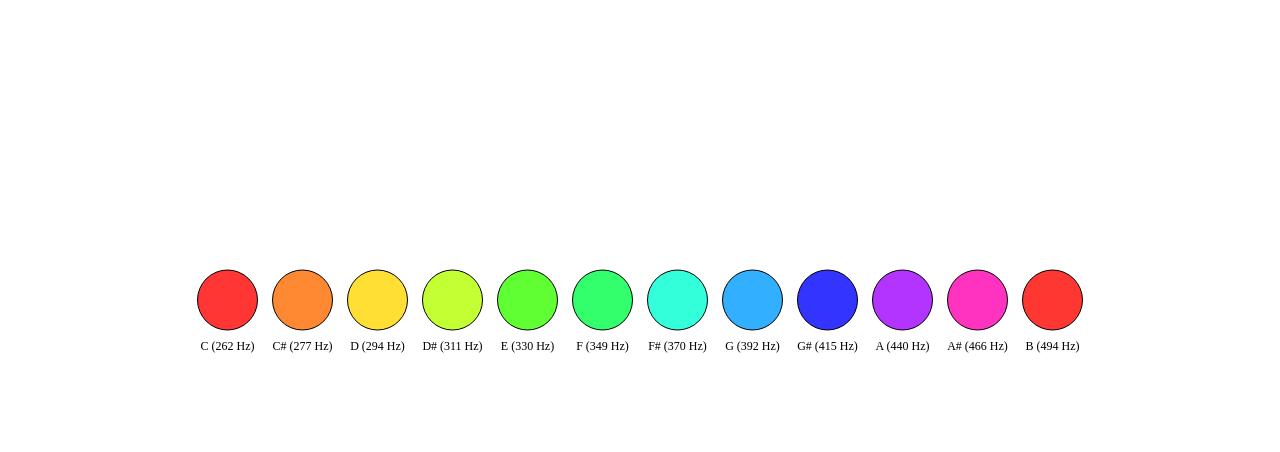
Repository: studiorichie/richielau.com
Page: assets/sound-to-color.html
The author's editor kept a copy of each file at every save. The page is drawn from the files as they stood at one save, then again after the next save.
The browser window is 1280 px wide. The pictures show the whole page.

Above is the page before, as saved 2024-11-06 18:44:26.

### assets/sound-to-color.html
<!DOCTYPE html>
<html lang="en">

<head>
    <meta charset="UTF-8">
    <title>Sound-to-Color Mapping with MIDI</title>
    <script src="https://d3js.org/d3.v6.min.js"></script>
    <style>
        body,
        html {
            margin: 0;
            padding: 0;
            overflow: hidden;
        }


        .svg-container {
            display: flex;
            justify-content: center;
            align-items: center;
            /* For vertical centering, remove this line if you only want horizontal centering */
            width: 100%;
            /* Ensures container takes up the full width */
            overflow: hidden;
        }

        svg {
            display: block;
            margin: 0 auto;
            overflow: hidden;
        }

        .key-circle {
            fill-opacity: 0.8;
            stroke: black;
            stroke-width: 1px;
            cursor: pointer;
        }

        .label {
            font-size: 12px;
            text-anchor: middle;
        }

        .midi-label {
            font-size: 14px;
            font-weight: bold;
            text-anchor: middle;
            fill: black;
            visibility: hidden;
        }
    </style>
</head>

<body>
    <div class="svg-container">
        <svg width="950" height="600" id="chart"></svg>
    </div>

    <script>
        const keys = [
            { note: "C", freq: 261.63, midi: 60 },
            { note: "C#", freq: 277.18, midi: 61 },
            { note: "D", freq: 293.66, midi: 62 },
            { note: "D#", freq: 311.13, midi: 63 },
            { note: "E", freq: 329.63, midi: 64 },
            { note: "F", freq: 349.23, midi: 65 },
            { note: "F#", freq: 369.99, midi: 66 },
            { note: "G", freq: 392.00, midi: 67 },
            { note: "G#", freq: 415.30, midi: 68 },
            { note: "A", freq: 440.00, midi: 69 },
            { note: "A#", freq: 466.16, midi: 70 },
            { note: "B", freq: 493.88, midi: 71 }
        ];


        function getColor(freq) {
            let hue = ((freq - 261) / (493 - 261)) * 360;
            return `hsl(${hue}, 100%, 50%)`;
        }
        const svg = d3.select("#chart");
        const width = svg.attr("width");
        const height = svg.attr("height");

        const circleRadius = 30; // Radius of each circle
        const padding = 15; // Space between circles

        // Calculate the total width for the row of circles (number of circles * diameter + spaces between)
        const totalRowWidth = (keys.length * (circleRadius * 2)) + ((keys.length - 1) * padding);


        const group = svg.append("g")
            .attr("transform", `translate(${(width - totalRowWidth) / 2 + circleRadius}, ${height / 2})`);


        group.selectAll("circle")
            .data(keys)
            .enter()
            .append("circle")
            .attr("class", "key-circle")
            .attr("cx", (d, i) => i * (circleRadius * 2 + padding))
            .attr("cy", 0) // Center vertically within the group
            .attr("r", circleRadius)
            .attr("fill", d => getColor(d.freq))
            .on("click", function (event, d) {
                showMidiLabel(d);
                playMidiTone(d.midi);
            });


        group.selectAll(".label")
            .data(keys)
            .enter()
            .append("text")
            .attr("class", "label")
            .attr("x", (d, i) => i * (circleRadius * 2 + padding))
            .attr("y", circleRadius + 20) // Position labels below each circle
            .text(d => `${d.note} (${Math.round(d.freq)} Hz)`)
            .attr("fill", "black");


        const midiLabel = svg.append("text")
            .attr("class", "midi-label")
            .attr("x", width / 2)
            .attr("y", height - 50);

        function showMidiLabel(data) {
            midiLabel.text(`MIDI: ${data.midi} - ${data.note}`)
                .attr("x", (keys.indexOf(data) + 1) * (width / (keys.length + 1)))
                .attr("y", height / 2 - 50)
                .attr("visibility", "visible");


            setTimeout(() => {
                midiLabel.attr("visibility", "hidden");
            }, 2000);
        }


        function playMidiTone(midi) {
            const context = new (window.AudioContext || window.webkitAudioContext)();
            const oscillator = context.createOscillator();
            const gainNode = context.createGain();
            oscillator.type = 'sine';
            oscillator.frequency.setValueAtTime(440 * Math.pow(2, (midi - 69) / 12), context.currentTime); // MIDI to Hz
            gainNode.gain.setValueAtTime(0.1, context.currentTime);
            oscillator.connect(gainNode).connect(context.destination);
            oscillator.start();
            oscillator.stop(context.currentTime + 0.5);
        }
    </script>
</body>

</html>

After the next save:
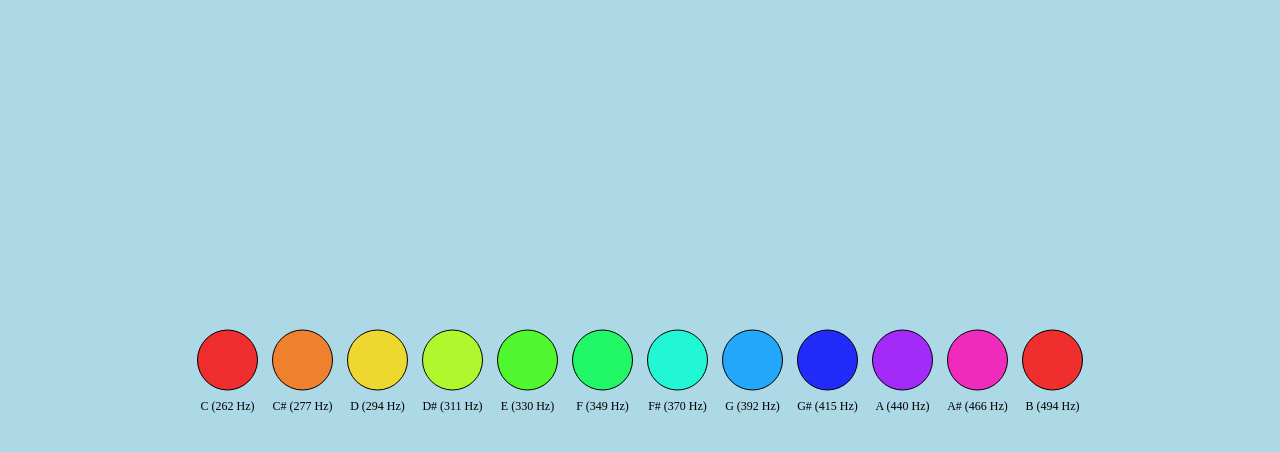
Saved 5 min 55 s later.
--- a/assets/sound-to-color.html
+++ b/assets/sound-to-color.html
@@ -1,57 +1,39 @@
 <!DOCTYPE html>
 <html lang="en">
-
 <head>
     <meta charset="UTF-8">
     <title>Sound-to-Color Mapping with MIDI</title>
     <script src="https://d3js.org/d3.v6.min.js"></script>
     <style>
-        body,
-        html {
+        body, html {
             margin: 0;
             padding: 0;
             overflow: hidden;
         }
-
-
         .svg-container {
             display: flex;
             justify-content: center;
             align-items: center;
-            /* For vertical centering, remove this line if you only want horizontal centering */
             width: 100%;
-            /* Ensures container takes up the full width */
-            overflow: hidden;
+            height: 100vh; /* Full viewport height for vertical centering */
+            background-color: lightblue; /* Optional background for visibility */
         }
-
         svg {
             display: block;
-            margin: 0 auto;
-            overflow: hidden;
+            overflow: visible;
         }
-
         .key-circle {
             fill-opacity: 0.8;
             stroke: black;
             stroke-width: 1px;
             cursor: pointer;
         }
-
         .label {
             font-size: 12px;
             text-anchor: middle;
         }
-
-        .midi-label {
-            font-size: 14px;
-            font-weight: bold;
-            text-anchor: middle;
-            fill: black;
-            visibility: hidden;
-        }
     </style>
 </head>
-
 <body>
     <div class="svg-container">
         <svg width="950" height="600" id="chart"></svg>
@@ -73,11 +55,11 @@
             { note: "B", freq: 493.88, midi: 71 }
         ];
 
-
         function getColor(freq) {
             let hue = ((freq - 261) / (493 - 261)) * 360;
             return `hsl(${hue}, 100%, 50%)`;
         }
+
         const svg = d3.select("#chart");
         const width = svg.attr("width");
         const height = svg.attr("height");
@@ -85,13 +67,11 @@
         const circleRadius = 30; // Radius of each circle
         const padding = 15; // Space between circles
 
-        // Calculate the total width for the row of circles (number of circles * diameter + spaces between)
+        // Calculate the total width for the row of circles
         const totalRowWidth = (keys.length * (circleRadius * 2)) + ((keys.length - 1) * padding);
-
 
         const group = svg.append("g")
             .attr("transform", `translate(${(width - totalRowWidth) / 2 + circleRadius}, ${height / 2})`);
-
 
         group.selectAll("circle")
             .data(keys)
@@ -99,14 +79,9 @@
             .append("circle")
             .attr("class", "key-circle")
             .attr("cx", (d, i) => i * (circleRadius * 2 + padding))
-            .attr("cy", 0) // Center vertically within the group
+            .attr("cy", 0)
             .attr("r", circleRadius)
-            .attr("fill", d => getColor(d.freq))
-            .on("click", function (event, d) {
-                showMidiLabel(d);
-                playMidiTone(d.midi);
-            });
-
+            .attr("fill", d => getColor(d.freq));
 
         group.selectAll(".label")
             .data(keys)
@@ -114,41 +89,9 @@
             .append("text")
             .attr("class", "label")
             .attr("x", (d, i) => i * (circleRadius * 2 + padding))
-            .attr("y", circleRadius + 20) // Position labels below each circle
+            .attr("y", circleRadius + 20)
             .text(d => `${d.note} (${Math.round(d.freq)} Hz)`)
             .attr("fill", "black");
-
-
-        const midiLabel = svg.append("text")
-            .attr("class", "midi-label")
-            .attr("x", width / 2)
-            .attr("y", height - 50);
-
-        function showMidiLabel(data) {
-            midiLabel.text(`MIDI: ${data.midi} - ${data.note}`)
-                .attr("x", (keys.indexOf(data) + 1) * (width / (keys.length + 1)))
-                .attr("y", height / 2 - 50)
-                .attr("visibility", "visible");
-
-
-            setTimeout(() => {
-                midiLabel.attr("visibility", "hidden");
-            }, 2000);
-        }
-
-
-        function playMidiTone(midi) {
-            const context = new (window.AudioContext || window.webkitAudioContext)();
-            const oscillator = context.createOscillator();
-            const gainNode = context.createGain();
-            oscillator.type = 'sine';
-            oscillator.frequency.setValueAtTime(440 * Math.pow(2, (midi - 69) / 12), context.currentTime); // MIDI to Hz
-            gainNode.gain.setValueAtTime(0.1, context.currentTime);
-            oscillator.connect(gainNode).connect(context.destination);
-            oscillator.start();
-            oscillator.stop(context.currentTime + 0.5);
-        }
     </script>
 </body>
-
 </html>

After the save that followed:
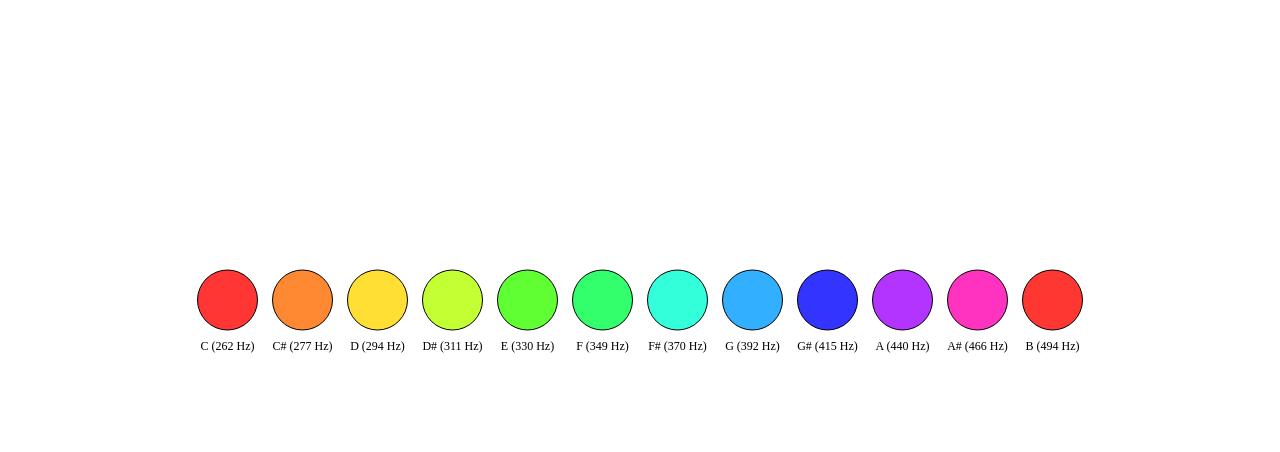
Saved 70 s later.
--- a/assets/sound-to-color.html
+++ b/assets/sound-to-color.html
@@ -1,39 +1,57 @@
 <!DOCTYPE html>
 <html lang="en">
+
 <head>
     <meta charset="UTF-8">
     <title>Sound-to-Color Mapping with MIDI</title>
     <script src="https://d3js.org/d3.v6.min.js"></script>
     <style>
-        body, html {
+        body,
+        html {
             margin: 0;
             padding: 0;
             overflow: hidden;
         }
+
+
         .svg-container {
             display: flex;
             justify-content: center;
             align-items: center;
+            /* For vertical centering, remove this line if you only want horizontal centering */
             width: 100%;
-            height: 100vh; /* Full viewport height for vertical centering */
-            background-color: lightblue; /* Optional background for visibility */
+            /* Ensures container takes up the full width */
+            overflow: hidden;
         }
+
         svg {
             display: block;
-            overflow: visible;
+            margin: 0 auto;
+            overflow: hidden;
         }
+
         .key-circle {
             fill-opacity: 0.8;
             stroke: black;
             stroke-width: 1px;
             cursor: pointer;
         }
+
         .label {
             font-size: 12px;
             text-anchor: middle;
         }
+
+        .midi-label {
+            font-size: 14px;
+            font-weight: bold;
+            text-anchor: middle;
+            fill: black;
+            visibility: hidden;
+        }
     </style>
 </head>
+
 <body>
     <div class="svg-container">
         <svg width="950" height="600" id="chart"></svg>
@@ -55,11 +73,11 @@
             { note: "B", freq: 493.88, midi: 71 }
         ];
 
+
         function getColor(freq) {
             let hue = ((freq - 261) / (493 - 261)) * 360;
             return `hsl(${hue}, 100%, 50%)`;
         }
-
         const svg = d3.select("#chart");
         const width = svg.attr("width");
         const height = svg.attr("height");
@@ -67,11 +85,13 @@
         const circleRadius = 30; // Radius of each circle
         const padding = 15; // Space between circles
 
-        // Calculate the total width for the row of circles
+        // Calculate the total width for the row of circles (number of circles * diameter + spaces between)
         const totalRowWidth = (keys.length * (circleRadius * 2)) + ((keys.length - 1) * padding);
+
 
         const group = svg.append("g")
             .attr("transform", `translate(${(width - totalRowWidth) / 2 + circleRadius}, ${height / 2})`);
+
 
         group.selectAll("circle")
             .data(keys)
@@ -79,9 +99,14 @@
             .append("circle")
             .attr("class", "key-circle")
             .attr("cx", (d, i) => i * (circleRadius * 2 + padding))
-            .attr("cy", 0)
+            .attr("cy", 0) // Center vertically within the group
             .attr("r", circleRadius)
-            .attr("fill", d => getColor(d.freq));
+            .attr("fill", d => getColor(d.freq))
+            .on("click", function (event, d) {
+                showMidiLabel(d);
+                playMidiTone(d.midi);
+            });
+
 
         group.selectAll(".label")
             .data(keys)
@@ -89,9 +114,41 @@
             .append("text")
             .attr("class", "label")
             .attr("x", (d, i) => i * (circleRadius * 2 + padding))
-            .attr("y", circleRadius + 20)
+            .attr("y", circleRadius + 20) // Position labels below each circle
             .text(d => `${d.note} (${Math.round(d.freq)} Hz)`)
             .attr("fill", "black");
+
+
+        const midiLabel = svg.append("text")
+            .attr("class", "midi-label")
+            .attr("x", width / 2)
+            .attr("y", height - 50);
+
+        function showMidiLabel(data) {
+            midiLabel.text(`MIDI: ${data.midi} - ${data.note}`)
+                .attr("x", (keys.indexOf(data) + 1) * (width / (keys.length + 1)))
+                .attr("y", height / 2 - 50)
+                .attr("visibility", "visible");
+
+
+            setTimeout(() => {
+                midiLabel.attr("visibility", "hidden");
+            }, 2000);
+        }
+
+
+        function playMidiTone(midi) {
+            const context = new (window.AudioContext || window.webkitAudioContext)();
+            const oscillator = context.createOscillator();
+            const gainNode = context.createGain();
+            oscillator.type = 'sine';
+            oscillator.frequency.setValueAtTime(440 * Math.pow(2, (midi - 69) / 12), context.currentTime); // MIDI to Hz
+            gainNode.gain.setValueAtTime(0.1, context.currentTime);
+            oscillator.connect(gainNode).connect(context.destination);
+            oscillator.start();
+            oscillator.stop(context.currentTime + 0.5);
+        }
     </script>
 </body>
+
 </html>
